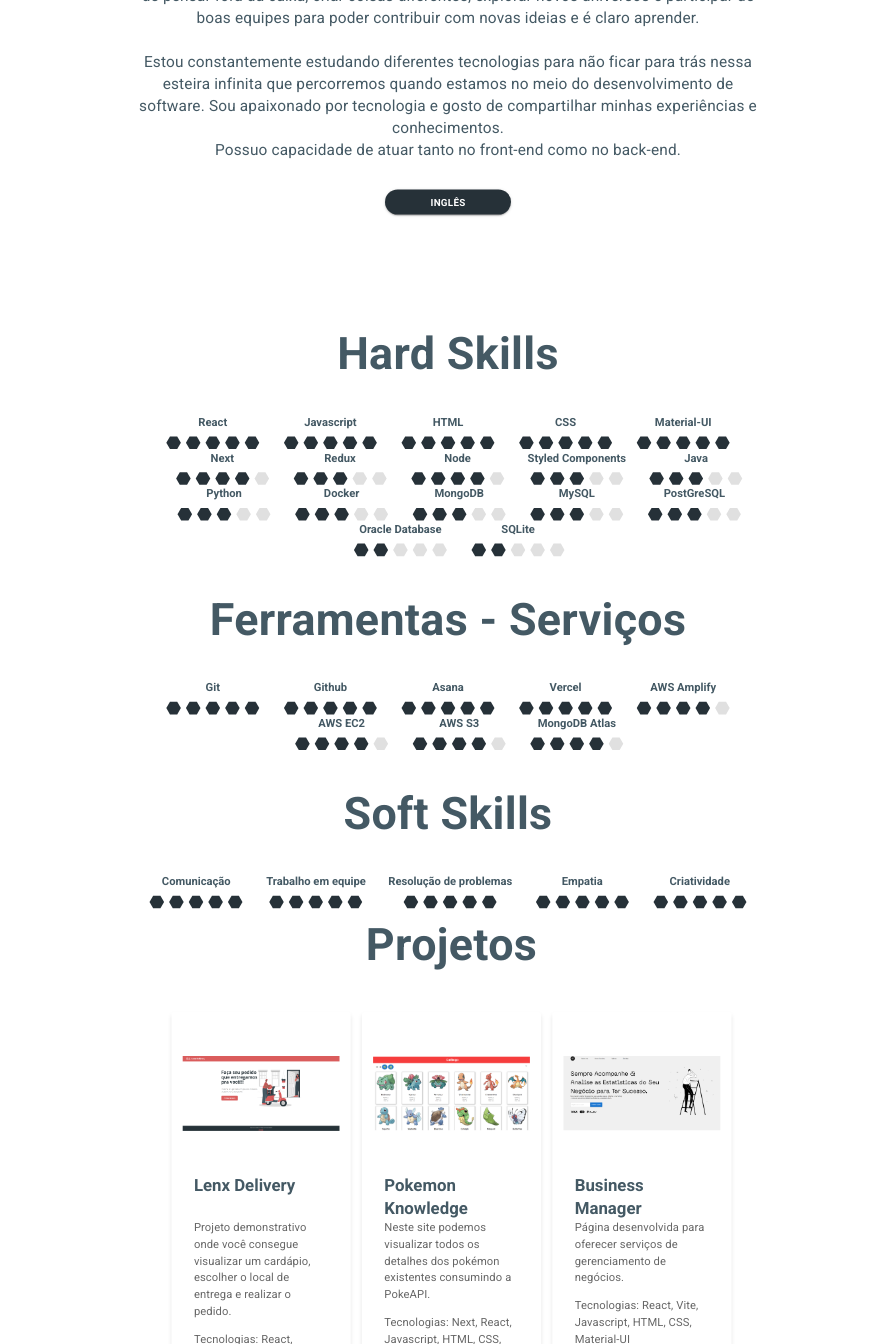
Repository: lenx0/myportfolio
Page: /
These files come from the project's save history. The page is drawn as it stood at one moment and after the next save; the edit follows.
The browser window is 1280 px wide. The pictures show the part of the page from y = 1451 to 3371 px (the page is 5184 px tall), at 70% of full size.
The project was rebuilt for these pictures with package versions that can differ from the ones it lists, and the page was loaded fresh each time. Also part of the build but not shown: vite.config.js.

Above is the page before, as saved 2024-06-14 10:20:12.

After the next save:
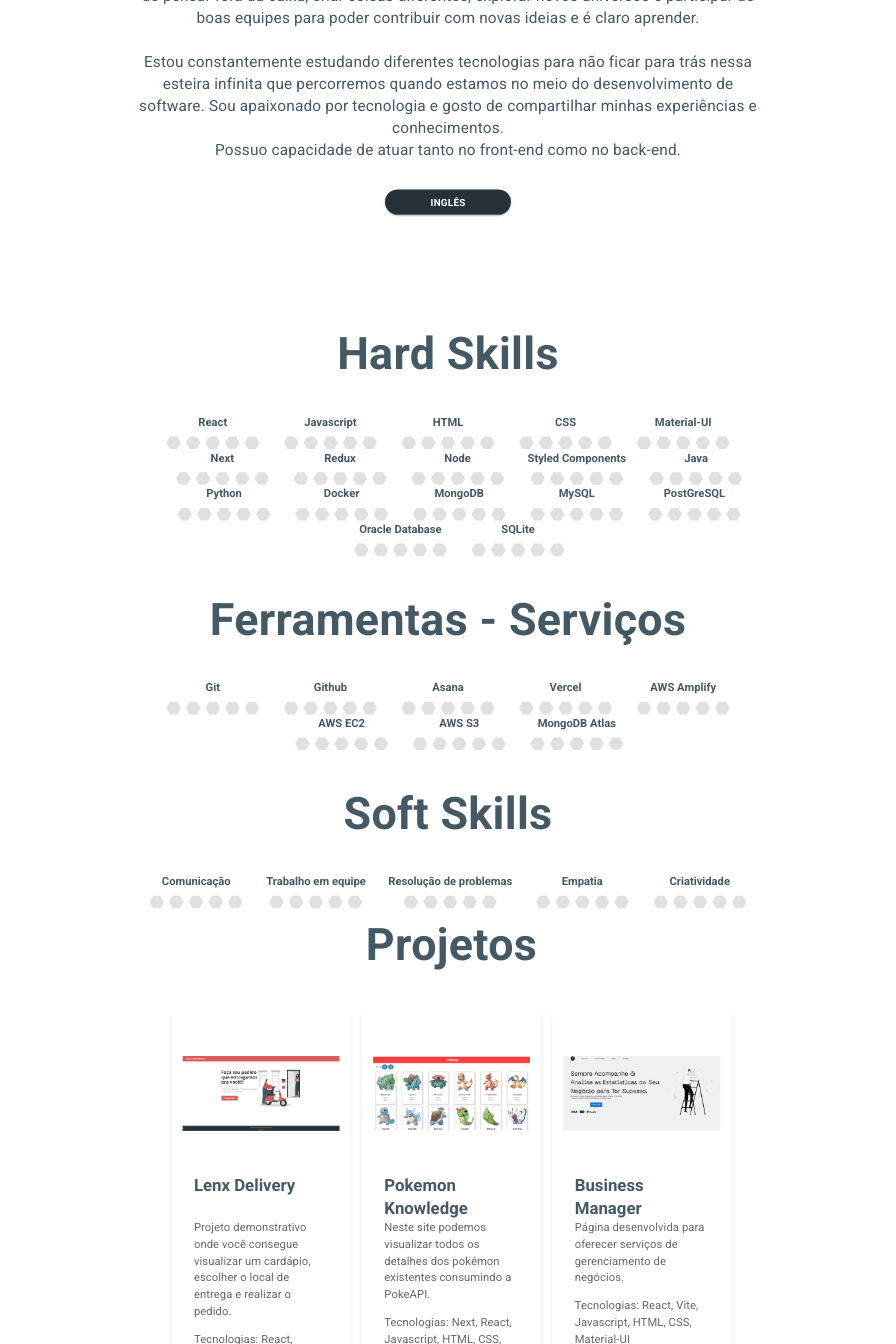
Saved 44 s later.
--- a/src/components/HardSkills/rating.jsx
+++ b/src/components/HardSkills/rating.jsx
@@ -12,7 +12,7 @@
           <SvgIcon
             key={index}
             component={Hexagon}
-            style={{ color: index < rating ? "#263138" : "#E0E0E0" }}
+            style={{ color: "#E0E0E0", borderColor: index < rating ? "#263138" : "#E0E0E0" }}
           />
         ))}
       </Stack>
